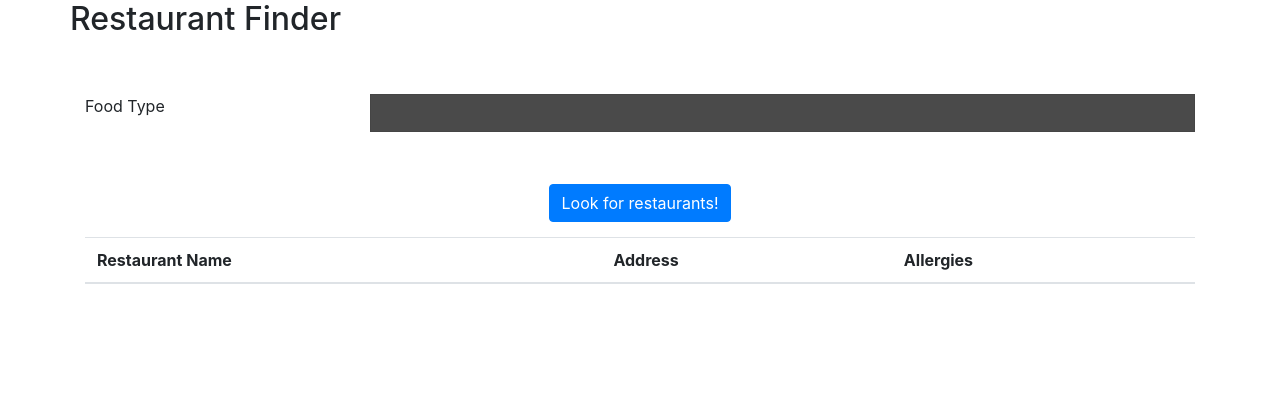
Repository: KobeRox/Loremips
Page: index.html
These files come from the project's save history. The page is drawn as it stood at one moment and after the next save; the edit follows.
The browser window is 1280 px wide. The pictures show the whole page.
Some web libraries are served in a nearby version.

Above is the page before, as saved 2019-09-08 21:48:29.
Console error: TypeError: Cannot read properties of undefined (reading 'fn')

After the next save:
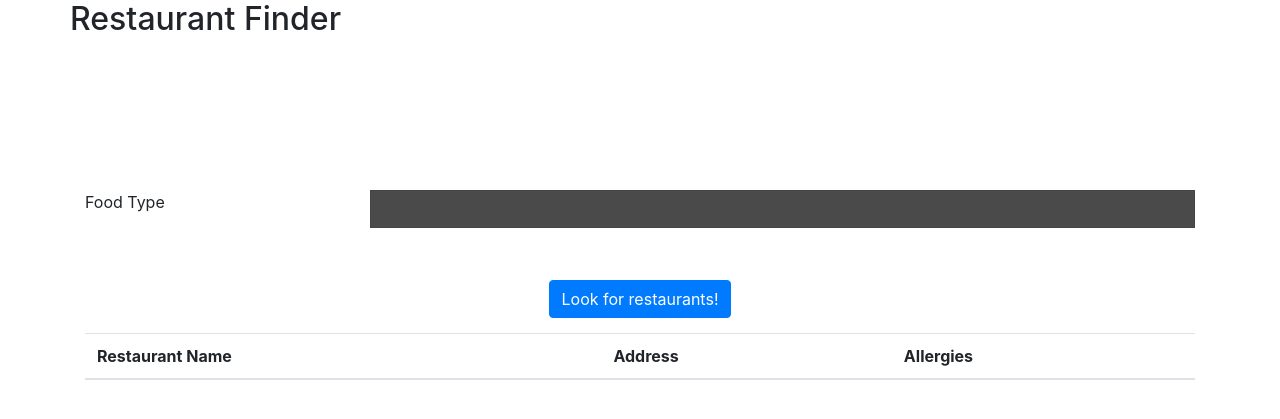
Saved 8 s later.
--- a/index.html
+++ b/index.html
@@ -55,7 +55,7 @@
                 <h2>Restaurant Finder</h2>
             </div>
 
-<br><br>
+<br><br><br><br><br><br>
 
             <div class="row" style="margin-bottom: 50px;">
                 <div class="col-xs-3 col-md-3">
